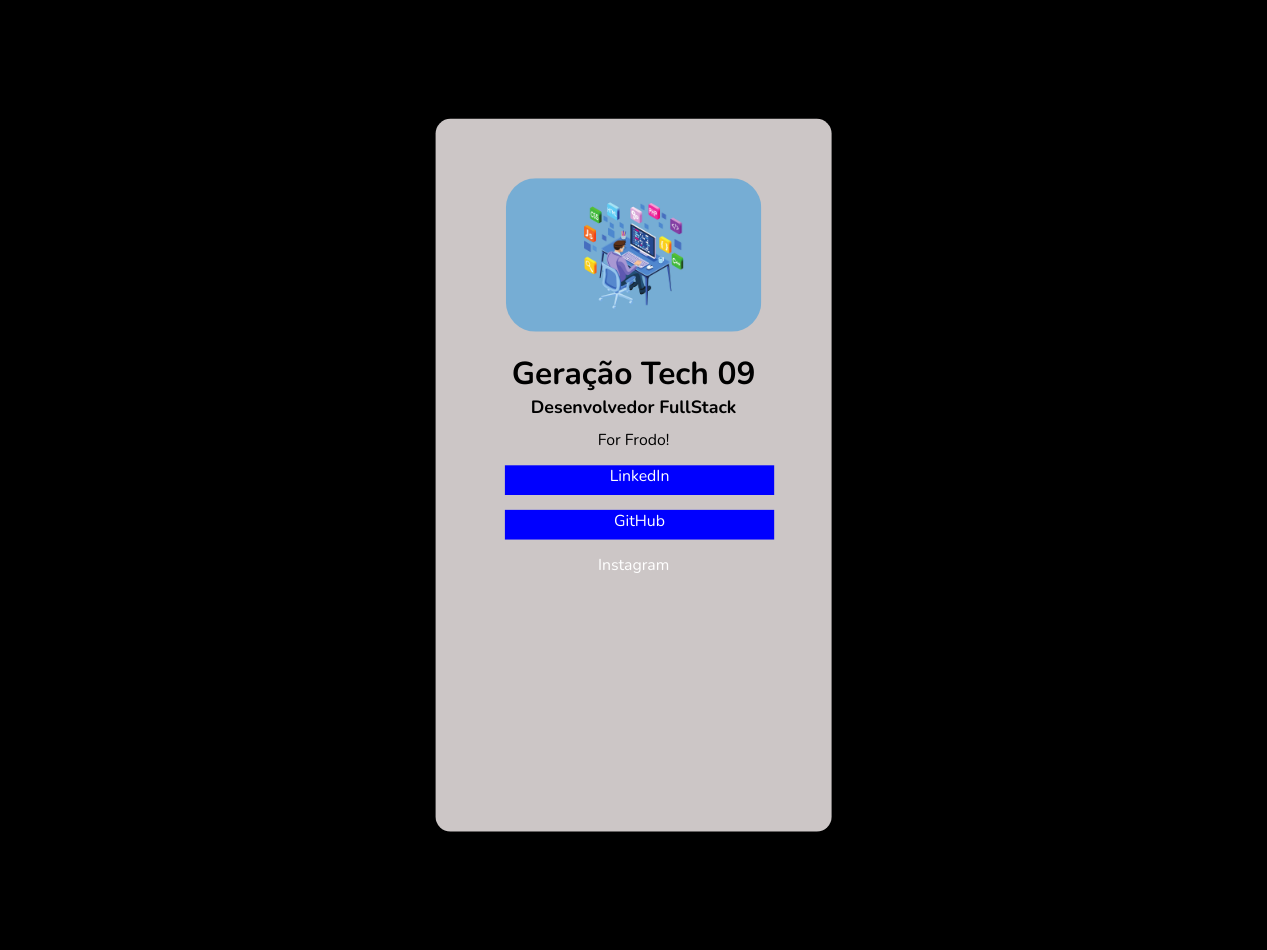
Repository: medeirosregis/linktree-gt09
Page: index.html
The author's editor kept a copy of each file at every save. The page is drawn from the files as they stood at one save, then again after a run of saves.
The browser window is 1280 px wide. The pictures show the whole page, at 99% of full size.

Above is the page before, as saved 2025-04-11 09:31:52.

### index.html
<!DOCTYPE html>
<html lang="pt-br">
<head>
    <meta charset="UTF-8">
    <meta name="viewport" content="width=device-width, initial-scale=1.0">
    <title>Linktree</title>
    <link rel="stylesheet" href="style.css">
    <link rel="preconnect" href="https://fonts.googleapis.com">
    <link rel="preconnect" href="https://fonts.gstatic.com" crossorigin>
    <link href="https://fonts.googleapis.com/css2?family=Nunito:ital,wght@0,200..1000;1,200..1000&display=swap" rel="stylesheet">

</head>
<body>
    <div class="container-main">
        <div class="container-image">

            <img src="./assets/freelance-work-7308505_1280.png" alt="image-profile"/>
        <div class="container-infos">
            <h1>Geração Tech 09</h1>
            <h2>Desenvolvedor FullStack</h2>
        </div>
        <div class="container-easter-egg">
            <p>For Frodo!</p>
        </div>
        <div class="container-social">
            <ul>
                <a href="https://www.linkedin.com/login/pt" target="_blank">
                <li>LinkedIn</li></a>
                <a href="https://github.com/medeirosregis" target="_blank">
                <li>GitHub</li></a>
                <a href="https://instagram.com/" target="_blank">
                        Instagram
                </li>
            </ul>
        </div>
    </div>
</body>
</html>

### style.css
*{
    font-family: "Nunito", sans-serif;
    margin: 0;
    padding: 0;
    box-sizing: border-box;

}

body {
    background-color:rgb(0, 0, 0);
}

.container-main {
    background-color: #ccc6c6;
    width: 400px;
    height: 720px;
    box-sizing: border-box;
    margin: 120px auto;
    padding: 60px 70px;
    border-radius: 15px;
    text-align: center;
}

.container-image {
    margin: 0;

    & img {
        width: 258px;
        border-radius: 30px;
    }
}
.container-infos {
    margin-top: 15px;
    margin-bottom: 10px;
}
.container-infos h1 {
    font-weight: 700px;
}
.container-infos h2 {
    font-weight: 600px;
    font-size: 18px;
}
.container-social ul {
    list-style-type: none;
}
.container-social a {
    text-decoration: none;
    color: white;
}
.container-social li {
    width: 272px;
    height: 30px;
    background-color: blue;
    margin: 15px 0;
}

After the next 3 saves:
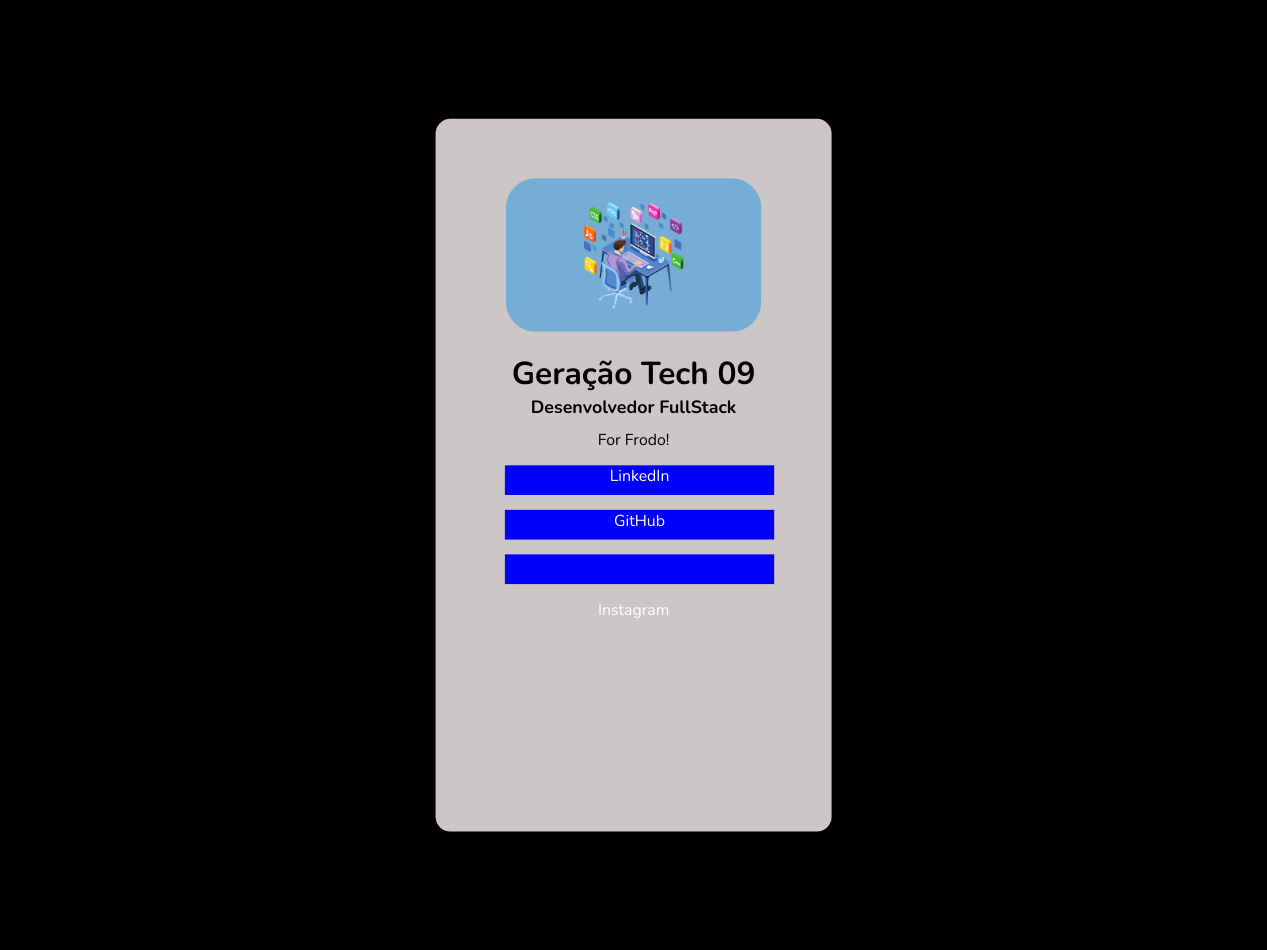
The 3 saves are shown as one change because they came seconds apart.
The last was saved 14 s later.
--- a/index.html
+++ b/index.html
@@ -29,7 +29,7 @@
                 <a href="https://github.com/medeirosregis" target="_blank">
                 <li>GitHub</li></a>
                 <a href="https://instagram.com/" target="_blank">
-                        Instagram
+                <li></li>Instagram
                 </li>
             </ul>
         </div>
